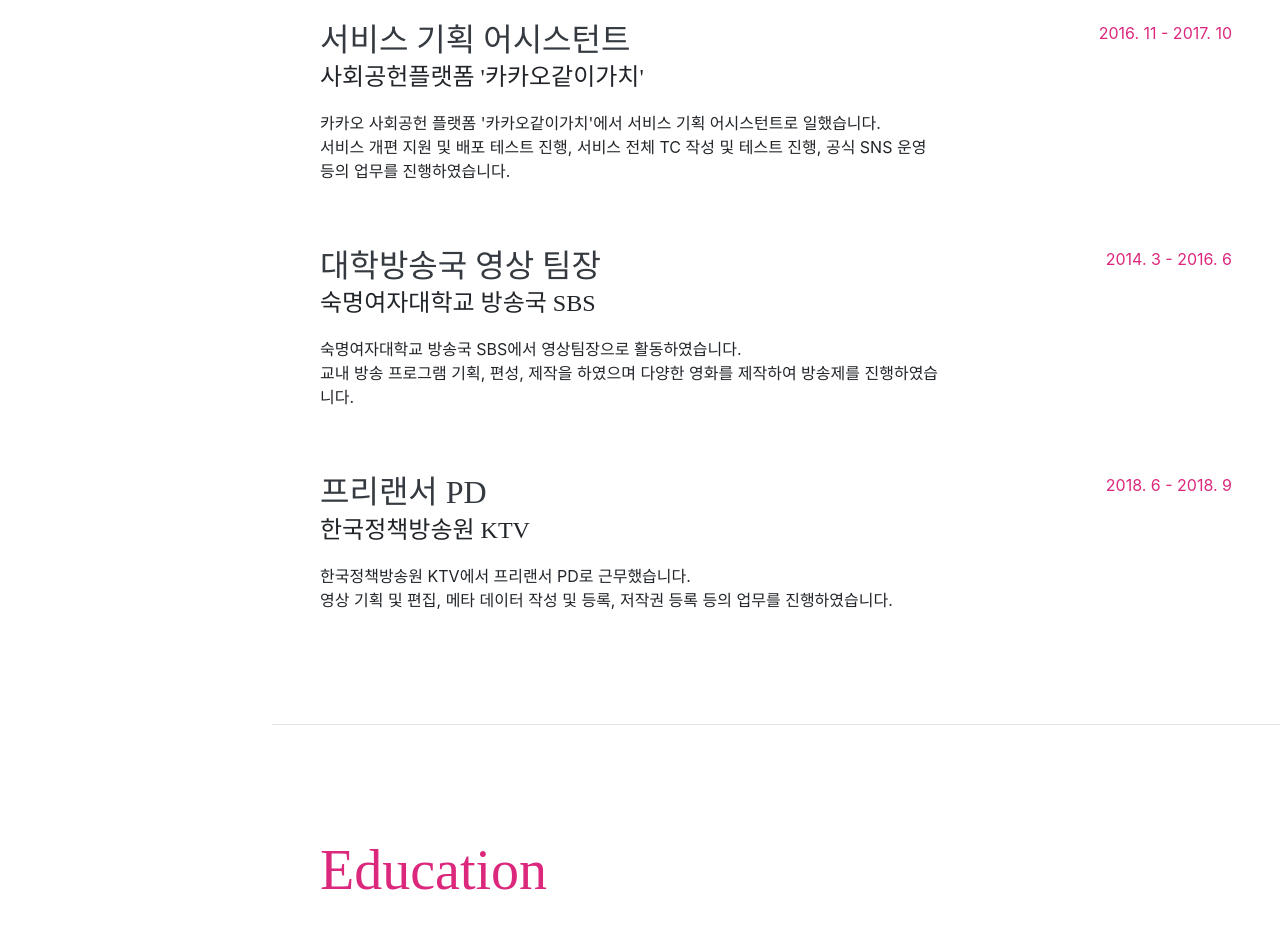
Repository: hyunah-aha/hyunah-aha
Page: Resume/index.html
The author's editor kept a record of every edit. The page is drawn from the files as they stood at one moment, then again after the next edit.
The browser window is 1280 px wide. The pictures show the part of the page from y = 1090 to 2042 px (the page is 4823 px tall before and 4597 px after).
A picture or video elsewhere on the page could not be fetched, so the positions and the page height are approximate. Some web fonts or font styles are not loaded; a fallback is used.

Above is the page before.

### Resume/index.html
<!DOCTYPE html>
<html lang="kor">

<head>

  <meta charset="utf-8">
  <meta name="viewport" content="width=device-width, initial-scale=1, shrink-to-fit=no">
  <meta name="description" content="">
  <meta name="author" content="">

  <title>Resume - Start Bootstrap Theme</title>

  <!-- Bootstrap core CSS -->
  <link href="vendor/bootstrap/css/bootstrap.min.css" rel="stylesheet">

  <!-- Custom fonts for this template -->
  <link href="https://fonts.googleapis.com/css?family=Saira+Extra+Condensed:500,700" rel="stylesheet">
  <link href="https://fonts.googleapis.com/css?family=Muli:400,400i,800,800i" rel="stylesheet">
  <link href="vendor/fontawesome-free/css/all.min.css" rel="stylesheet">

  <!-- Custom styles for this template -->
  <link href="css/resume.css" rel="stylesheet">

</head>

<body id="page-top">

  <nav class="navbar navbar-expand-lg navbar-dark bg-primary fixed-top" id="sideNav">
    <a class="navbar-brand js-scroll-trigger" href="#page-top">
      <span class="d-block d-lg-none">조현아의 포트폴리오
</span>
      <span class="d-none d-lg-block">
        <img class="img-fluid img-profile rounded-circle mx-auto mb-2" src="img/hyunah_profile2.jpeg" alt="">
      </span>
    </a>
    <button class="navbar-toggler" type="button" data-toggle="collapse" data-target="#navbarSupportedContent" aria-controls="navbarSupportedContent" aria-expanded="false" aria-label="Toggle navigation">
      <span class="navbar-toggler-icon"></span>
    </button>
    <div class="collapse navbar-collapse" id="navbarSupportedContent">
      <ul class="navbar-nav">
        <li class="nav-item">
          <a class="nav-link js-scroll-trigger" href="#about">Hello :D </a>
        </li>
        <li class="nav-item">
          <a class="nav-link js-scroll-trigger" href="#experience">experience</a>
        </li>
        <li class="nav-item">
        </li>
        <li class="nav-item">
          <a class="nav-link js-scroll-trigger" href="#skills">skills</a>
        </li>
        <li class="nav-item">
          <a class="nav-link js-scroll-trigger" href="#interests">interests</a>
        </li>
        <li class="nav-item">
          <a class="nav-link js-scroll-trigger" href="#awards">awards</a>
        </li>
      </ul>
    </div>
  </nav>

  <div class="container-fluid p-0">

    <section class="resume-section p-3 p-lg-5 d-flex align-items-center" id="about">
      <div class="w-100">
        <h1 class="mb-0">조현아
        </h1>
        <br>
        <div class="subheading mb-5">T. 010-8704-0516<br>
          <a href="mailto:someday_ii@hanmail.net">E. someday_ii@hanmail.net</a>
        </div>
        <p class="lead mb-5">안녕하세요. 1년차 서비스 기획자 조현아입니다 🐥🌱 <br>이 자료는 저의 경력 사항들과, 그 이외의 경험들을 담고 있습니다. <br> 시간 내주셔서 감사드립니다. 지금부터 제 소개를 시작하겠습니다.</p>
        <br>
        <div class="social-icons">
          <a href="https://www.triple.guide/intro/" target="_blank">
            <i class="fab fa-linkedin-in"></i>
          </a>
          <a href="https://together.kakao.com/" target="_blank">
            <i class="fab fa-github"></i>
          </a>
          <a href="https://www.naver.com/" target="_blank">
            <i class="fab fa-twitter"></i>
          </a>
          <a href="https://www.daum.net" target="_blank">
            <i class="fab fa-facebook-f"></i>
          </a>
        </div>
      </div>
    </section>

    <hr class="m-0">

    <section class="resume-section p-3 p-lg-5 d-flex justify-content-center" id="experience">
      <div class="w-100">
        <h2 class="mb-5">Experience</h2>

        <div class="resume-item d-flex flex-column flex-md-row justify-content-between mb-5">
          <div class="resume-content">
            <h3 class="mb-0">서비스 기획자</h3>
            <div class="subheading mb-3">여행 어플 '트리플'</div>
            <p>해외여행 어플 '트리플'에서 서비스 기획자로 일했습니다. <br> 서비스의 새로운 피쳐 기획, 어드민 기획, 푸시 운영, 운영 정책 수립 등의 업무를 진행하고 있습니다. </p>
          </div>
          <div class="resume-date text-md-right">
            <span class="text-primary">2019. 7 - 현재</span>
          </div>
        </div>

        <div class="resume-item d-flex flex-column flex-md-row justify-content-between mb-5">
          <div class="resume-content">
            <h3 class="mb-0">서비스 기획 어시스턴트</h3>
            <div class="subheading mb-3">사회공헌플랫폼 '카카오같이가치'</div>
            <p>카카오 사회공헌 플랫폼 '카카오같이가치'에서 서비스 기획 어시스턴트로 일했습니다. <br>  서비스 개편 지원 및 배포 테스트 진행, 서비스 전체 TC 작성 및 테스트 진행, 공식 SNS 운영 등의 업무를 진행하였습니다. </p>
          </div>
          <div class="resume-date text-md-right">
            <span class="text-primary">2016. 11 - 2017. 10</span>
          </div>
        </div>

        <div class="resume-item d-flex flex-column flex-md-row justify-content-between">
          <div class="resume-content">
            <h3 class="mb-0">대학방송국 영상 팀장</h3>
            <div class="subheading mb-3">숙명여자대학교 방송국 SBS</div>
            <p>숙명여자대학교 방송국 SBS에서 영상팀장으로 활동하였습니다. <br>교내 방송 프로그램 기획, 편성, 제작을 하였으며 다양한 영화를 제작하여 방송제를 진행하였습니다.</p>
          </div>
          <div class="resume-date text-md-right">
            <span class="text-primary">2014. 3 - 2016. 6</span>
          </div>
        </div>
        <br><br>

        <div class="resume-item d-flex flex-column flex-md-row justify-content-between mb-5">
          <div class="resume-content">
            <h3 class="mb-0">프리랜서 PD</h3>
            <div class="subheading mb-3">한국정책방송원 KTV</div>
            <p>한국정책방송원 KTV에서 프리랜서 PD로 근무했습니다. <br>영상 기획 및 편집, 메타 데이터 작성 및 등록, 저작권 등록 등의 업무를 진행하였습니다.</p>
          </div>
          <div class="resume-date text-md-right">
            <span class="text-primary">2018. 6 - 2018. 9</span>
          </div>
        </div>

        </div>

      </div>

    </section>

    <hr class="m-0">

    <section class="resume-section p-3 p-lg-5 d-flex align-items-center" id="education">
      <div class="w-100">
        <h2 class="mb-5">Education</h2>

        <div class="resume-item d-flex flex-column flex-md-row justify-content-between mb-5">
          <div class="resume-content">
            <h3 class="mb-0">숙명여자대학교</h3>
            <div class="subheading mb-3">bachelor's degree of social science</div>
            <div>Media & Communication</div>
            <p>학점 : ️3.7</p>
          </div>
          <div class="resume-date text-md-right">
            <span class="text-primary">2014. 3 - 2020. 2</span>
          </div>
        </div>

        <div class="resume-item d-flex flex-column flex-md-row justify-content-between">
          <div class="resume-content">
            <h3 class="mb-0">서울 외국어 고등학교</h3>
            <div class="subheading mb-3">English department</div>
            <p>1st major: English<br>
            2nd major: German<br>
            3rd major: Japanese</p>
          </div>
          <div class="resume-date text-md-right">
            <span class="text-primary">2010. 4 - 2013. 2</span>
          </div>
        </div>

      </div>
    </section>

    <hr class="m-0">


    <section class="resume-section p-3 p-lg-5 d-flex align-items-center" id="skills">
      <div class="w-100">
        <h2 class="mb-5">Skills</h2>

        <div class="subheading mb-3">Programming Languages &amp; Tools</div>
        <ul class="list-inline dev-icons">
          <li class="list-inline-item">
            <i class="fab fa-html5"></i>
          </li>
          <li class="list-inline-item">
            <i class="fab fa-css3-alt"></i>
          </li>
          <li class="list-inline-item">
            <i class="fab fa-js-square"></i>
          </li>
          <li class="list-inline-item">
            <i class="fab fa-angular"></i>
          </li>
          <li class="list-inline-item">
            <i class="fab fa-react"></i>
          </li>
          <li class="list-inline-item">
            <i class="fab fa-node-js"></i>
          </li>
          <li class="list-inline-item">
            <i class="fab fa-sass"></i>
          </li>
          <li class="list-inline-item">
            <i class="fab fa-less"></i>
          </li>
          <li class="list-inline-item">
            <i class="fab fa-wordpress"></i>
          </li>
          <li class="list-inline-item">
            <i class="fab fa-gulp"></i>
          </li>
          <li class="list-inline-item">
            <i class="fab fa-grunt"></i>
          </li>
          <li class="list-inline-item">
            <i class="fab fa-npm"></i>
          </li>
        </ul>

        <div class="subheading mb-3">Know more</div>
        <div class="card" style="width: 18rem;">
          <img src="img/" class="card-img-top" alt="...">
          <div class="card-body">
          <h5 class="card-title">트리플</h5>
          <p class="card-text">Some quick example text to build on the card title and make up the bulk of the card's content.</p>
          <a href=https://www.triple.guide/intro/ class="btn btn-primary">더보기</a>
        </div>
</div>
      </div>
    </section>

    <hr class="m-0">

    <section class="resume-section p-3 p-lg-5 d-flex align-items-center" id="interests">
      <div class="w-100">
        <h2 class="mb-5">Interests</h2>
        <h5>저는 밖에서 걷고, 뛰는 것을 좋아합니다. <br>아무 도구 없이도, 두 발만 있으면 언제 어디서든 할 수 있다는 '자유로움' 때문입니다. 그리고, 걷거나 달리면서 다양한 것들을 할 수 있어요. 특별한 상상을 할 수도 있고, 머리 속을 텅- 비워볼 수 있고, 또 복잡했던 고민을 풀거나 감정을 정리할 수도 있어요. 종종 책상에선 떠오르지 않던 아이디어가 뿅! 하고 튀어나오기도 해요. :D</h5><br>
        <p class="mb-0">그리고 또, 이런 것들을 좋아해요.<br>
        #영화 #여행 #강아지 #글씨쓰기 #대화 #혼자만의_시간 #디즈니 #상상</p>
      </div>
    </section>

    <hr class="m-0">

    <section class="resume-section p-3 p-lg-5 d-flex align-items-center" id="awards">
      <div class="w-100">
        <h2 class="mb-5">Awards &amp; Certifications</h2>
        <ul class="fa-ul mb-0">
          <li>
            <i class="fa-li fa fa-trophy text-warning"></i>
            대한민국 CSR 필름 페스티벌 재능나눔상(보건복지부장관상)</li>
          <li>
            <i class="fa-li fa fa-trophy text-warning"></i>
            신한은행 광고 영상 UCC 공모전 우수상</li>
          <li>
            <i class="fa-li fa fa-trophy text-warning"></i>
            경찰청 29초 영화제 최우수상</li>

        </ul>
      </div>
    </section>

  </div>

  <!-- Bootstrap core JavaScript -->
  <script src="vendor/jquery/jquery.min.js"></script>
  <script src="vendor/bootstrap/js/bootstrap.bundle.min.js"></script>

  <!-- Plugin JavaScript -->
  <script src="vendor/jquery-easing/jquery.easing.min.js"></script>

  <!-- Custom scripts for this template -->
  <script src="js/resume.min.js"></script>

</body>

</html>

### Resume/css/resume.css
/*!
 * Start Bootstrap - Resume v5.0.8 (https://startbootstrap.com/template-overviews/resume)
 * Copyright 2013-2019 Start Bootstrap
 * Licensed under MIT (https://github.com/BlackrockDigital/startbootstrap-resume/blob/master/LICENSE)
 */
head

body {
  font-family: 'MapoGoldenPier'; src: url('https://cdn.jsdelivr.net/gh/projectnoonnu/noonfonts_2001@1.1/MapoGoldenPierA.woff') format('woff'); font-weight: normal; font-style: normal;
  padding-top: 54px;
  color: #868e96;
}

@media (min-width: 992px) {
  body {
    padding-top: 0;
    padding-left: 17rem;
  }
}

h1,
h2,
h3,
h4,
h5,
h6 {
  font-family: 'MapoGoldenPier'; src: url('https://cdn.jsdelivr.net/gh/projectnoonnu/noonfonts_2001@1.1/MapoGoldenPierA.woff') format('woff'); font-weight: normal; font-style: normal;
  color: #343a40;
}

h1 {
  font-size: 6rem;
  line-height: 5.5rem;
  font-family: 'MapoGoldenPier';
}

h2 {
  color: #dc287c;
  font-size: 3.5rem;
  font-family: 'MapoGoldenPier'
}

h3 {
  font-size: 2rem;
  font-family: 'MapoGoldenPier';
}

p.lead {
  font-size: 1.15rem;
  font-weight: 400;
  font-family: 'MapoGoldenPier';
}

.subheading {
  text-transform: uppercase;
  font-weight: 500;
  font-family: 'MapoGoldenPier';
  font-size: 1.5rem;
}

.social-icons a {
  display: inline-block;
  height: 3.5rem;
  width: 3.5rem;
  background-color: #495057;
  color: #fff !important;
  border-radius: 100%;
  text-align: center;
  font-size: 1.5rem;
  line-height: 3.5rem;
  margin-right: 1rem;
  font-family: 'MapoGoldenPier';
}

.social-icons a:last-child {
  margin-right: 0;
}

.social-icons a:hover {
  background-color: #BD5D38;
}

.dev-icons {
  font-size: 3rem;
}

.dev-icons .list-inline-item i:hover {
  color: #BD5D38;
}

#sideNav .navbar-nav .nav-item .nav-link {
  font-weight: 800;
  letter-spacing: 0.05rem;
  text-transform: uppercase;
}

#sideNav .navbar-toggler:focus {
  outline-color: #d48a6e;
}

@media (min-width: 992px) {
  #sideNav {
    text-align: center;
    position: fixed;
    top: 0;
    left: 0;
    display: flex;
    flex-direction: column;
    width: 17rem;
    height: 100vh;
  }
  #sideNav .navbar-brand {
    display: flex;
    margin: auto auto 0;
    padding: 0.5rem;
  }
  #sideNav .navbar-brand .img-profile {
    max-width: 10rem;
    max-height: 10rem;
    border: 0.5rem solid rgba(255, 255, 255, 0.2);
  }
  #sideNav .navbar-collapse {
    display: flex;
    align-items: flex-start;
    flex-grow: 0;
    width: 100%;
    margin-bottom: auto;
  }
  #sideNav .navbar-collapse .navbar-nav {
    flex-direction: column;
    width: 100%;
  }
  #sideNav .navbar-collapse .navbar-nav .nav-item {
    display: block;
  }
  #sideNav .navbar-collapse .navbar-nav .nav-item .nav-link {
    display: block;
  }
}

section.resume-section {
  padding-top: 5rem !important;
  padding-bottom: 5rem !important;
  max-width: 75rem;
}

section.resume-section .resume-item .resume-date {
  min-width: none;
}

@media (min-width: 768px) {
  section.resume-section {
    min-height: 100vh;
  }
  section.resume-section .resume-item .resume-date {
    min-width: 18rem;
  }
}

@media (min-width: 992px) {
  section.resume-section {
    padding-top: 3rem !important;
    padding-bottom: 3rem !important;
  }
}

.bg-primary {
  background-color: #dc287c !important;
}

.text-primary {
  color: #dc287c !important;
}

a {
  color: #dc287c;
}

a:hover, a:focus, a:active {
  color: #824027;
}

Loaded but not shown: Resume/vendor/bootstrap/css/bootstrap.min.css (library); Resume/vendor/fontawesome-free/css/all.min.css (library); Resume/vendor/jquery/jquery.min.js (library); Resume/vendor/bootstrap/js/bootstrap.bundle.min.js (library); Resume/vendor/jquery-easing/jquery.easing.min.js (common file); Resume/js/resume.min.js (common file)

After the next edit:
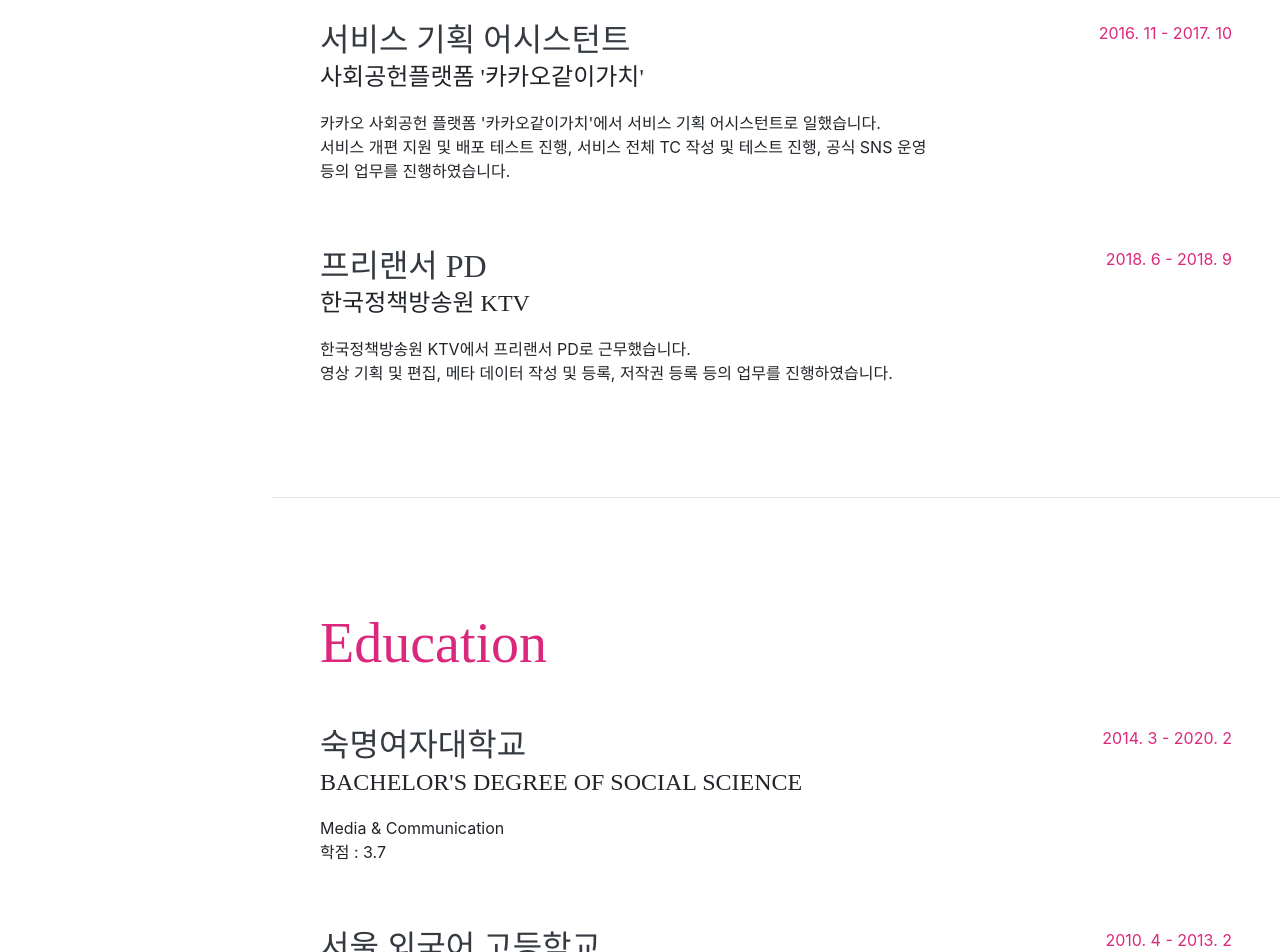
The edit:
--- a/Resume/index.html
+++ b/Resume/index.html
@@ -116,17 +116,6 @@
           </div>
         </div>
 
-        <div class="resume-item d-flex flex-column flex-md-row justify-content-between">
-          <div class="resume-content">
-            <h3 class="mb-0">대학방송국 영상 팀장</h3>
-            <div class="subheading mb-3">숙명여자대학교 방송국 SBS</div>
-            <p>숙명여자대학교 방송국 SBS에서 영상팀장으로 활동하였습니다. <br>교내 방송 프로그램 기획, 편성, 제작을 하였으며 다양한 영화를 제작하여 방송제를 진행하였습니다.</p>
-          </div>
-          <div class="resume-date text-md-right">
-            <span class="text-primary">2014. 3 - 2016. 6</span>
-          </div>
-        </div>
-        <br><br>
 
         <div class="resume-item d-flex flex-column flex-md-row justify-content-between mb-5">
           <div class="resume-content">
